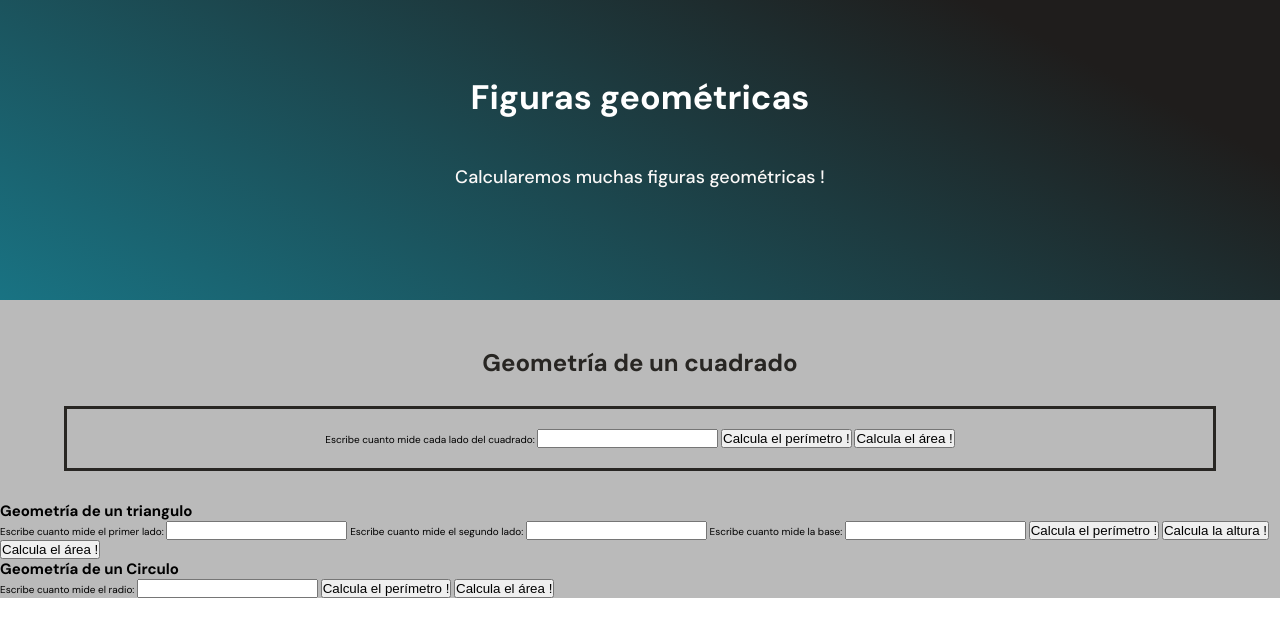
Repository: ChristianGecchelin/javascript-project
Page: javascript-project/figuras-geometricas/figuras.html
The author's editor kept a copy of each file at every save. The page is drawn from the files as they stood at one save, then again after the next save.
The browser window is 1280 px wide. The pictures show the whole page.

Above is the page before, as saved 2021-12-01 22:58:29.

After the next save:
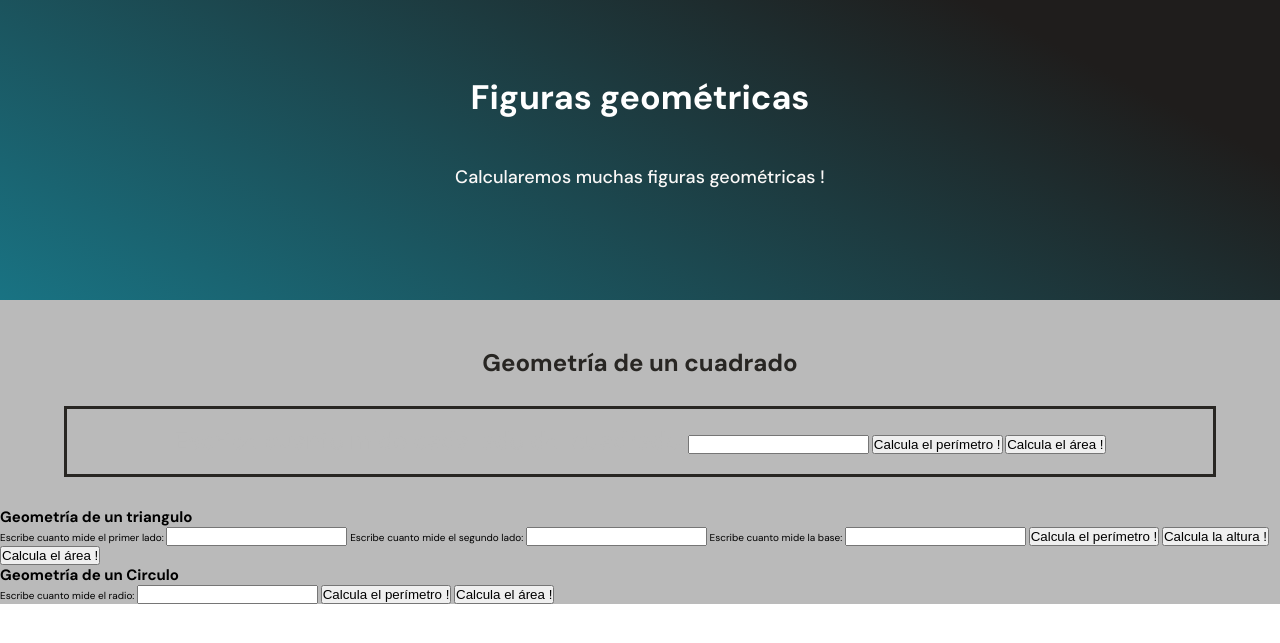
Saved 8 s later.
--- a/javascript-project/figuras-geometricas/figuras.html
+++ b/javascript-project/figuras-geometricas/figuras.html
@@ -27,7 +27,9 @@
         </h2>
         <div class="main-calculadora-form-contenedor">
           <form action="">
-            <label for="">Escribe cuanto mide cada lado del cuadrado:</label>
+            <label class="form--label-input" for=""
+              >Escribe cuanto mide cada lado del cuadrado:</label
+            >
             <input type="number" id="inputCuadrado" />
             <button type="button" onclick="calcularPerimetroCuadrado()">
               Calcula el perímetro !
